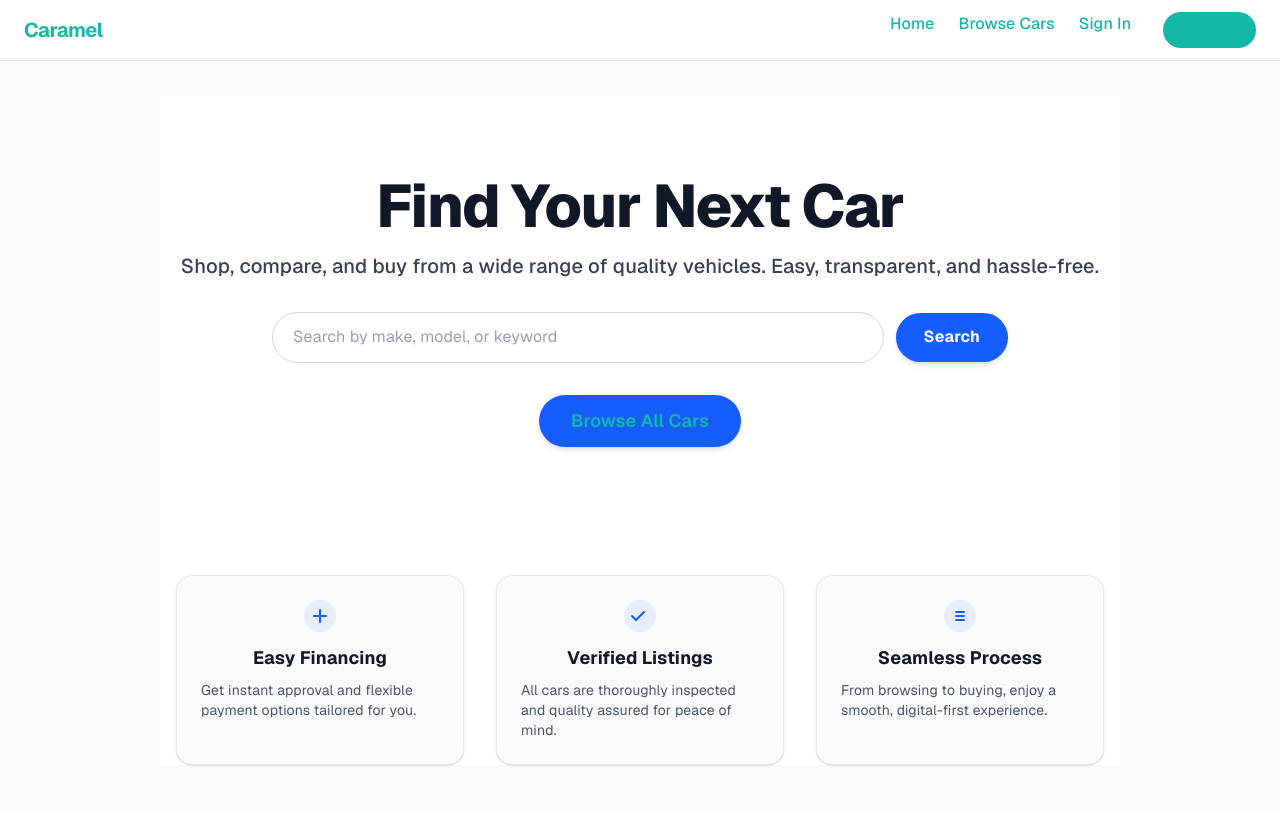
Repository: virat07/sellyourcar
Page: /
An editor plug-in stored every save of this project. The page is shown before and after the next save, followed by the edit.
The browser window is 1280 px wide. The pictures show the whole page.
The project was rebuilt for these pictures with package versions that can differ from the ones it lists, and the page was loaded fresh each time. The framework's server and built-in components were replaced by stand-ins that run in the browser. Also part of the build but not shown: next.config.ts.

Above is the page before, as saved 2025-07-18 15:24:51.

After the next save:
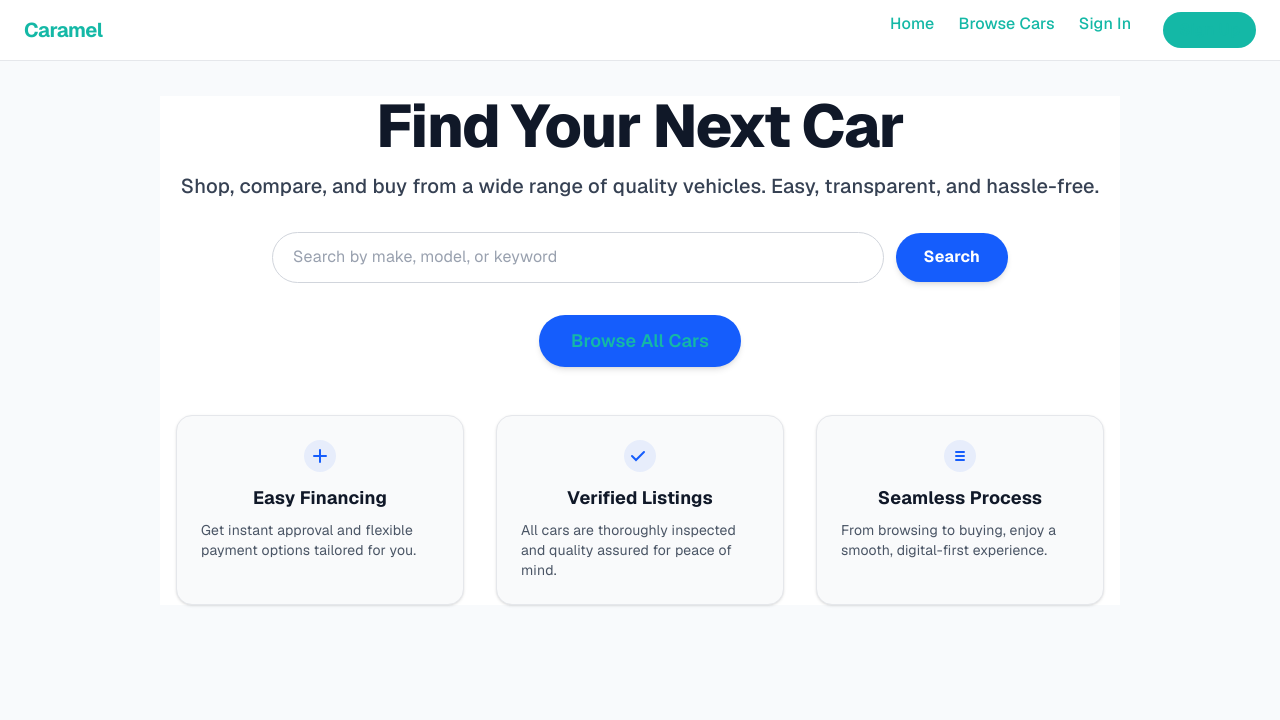
Saved 36 s later.
--- a/src/app/page.tsx
+++ b/src/app/page.tsx
@@ -3,7 +3,7 @@
 export default function Home() {
   return (
     <main className="flex flex-col items-center bg-white w-full">
-      <section className="w-full text-center py-20 px-0">
+      <section className="w-full text-center">
         <h1 className="text-5xl sm:text-6xl font-extrabold tracking-tight mb-4 text-gray-900">
           Find Your Next Car
         </h1>

After the save that followed:
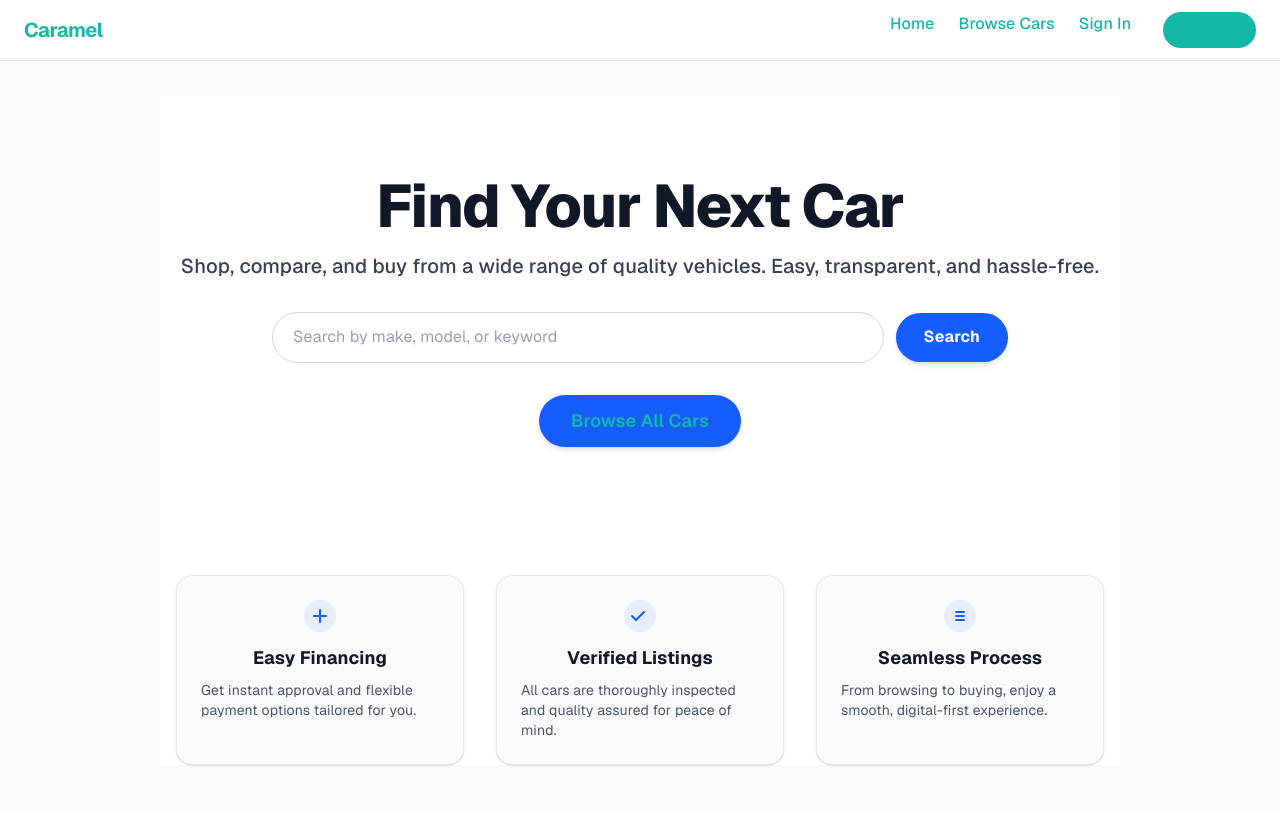
Saved 5 s later.
--- a/src/app/page.tsx
+++ b/src/app/page.tsx
@@ -3,7 +3,7 @@
 export default function Home() {
   return (
     <main className="flex flex-col items-center bg-white w-full">
-      <section className="w-full text-center">
+      <section className="w-full text-center py-20 px-0">
         <h1 className="text-5xl sm:text-6xl font-extrabold tracking-tight mb-4 text-gray-900">
           Find Your Next Car
         </h1>
